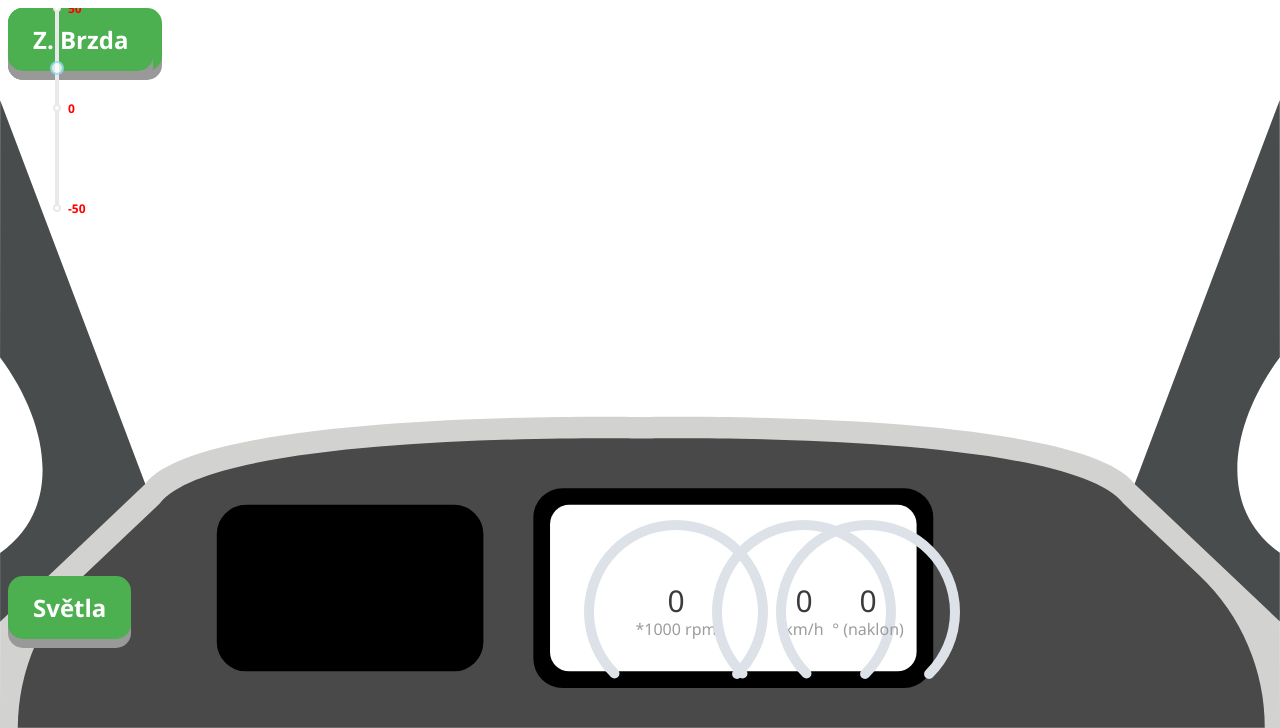
Repository: matyasvelc/train
Page: / (app in frontend/)
An editor plug-in stored every save of this project. The page is shown before and after the next save, followed by the edit.
The browser window is 1280 px wide. The pictures show the whole page.
The page's requests for data from a server got no answer. The project was rebuilt for these pictures with package versions that can differ from the ones it lists, and the page was loaded fresh each time. No one was signed in, and anything a server would have sent is missing.

Above is the page before, as saved 2022-04-04 16:54:22.

After the next save:
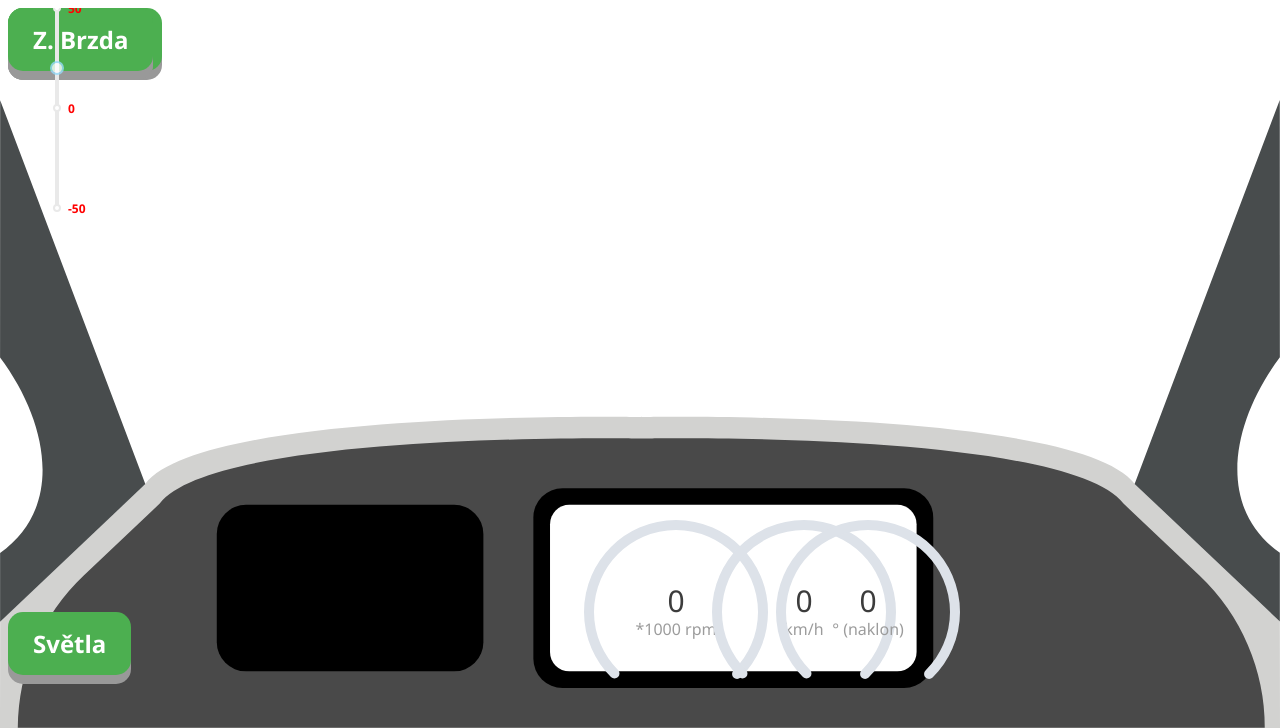
Saved 9 s later.
--- a/frontend/src/styles.css
+++ b/frontend/src/styles.css
@@ -69,7 +69,7 @@ body {
 }
 .a{
   position: absolute;
-  top: 80%;
+  top: 85%;
   left: ;
 }
 .b{
